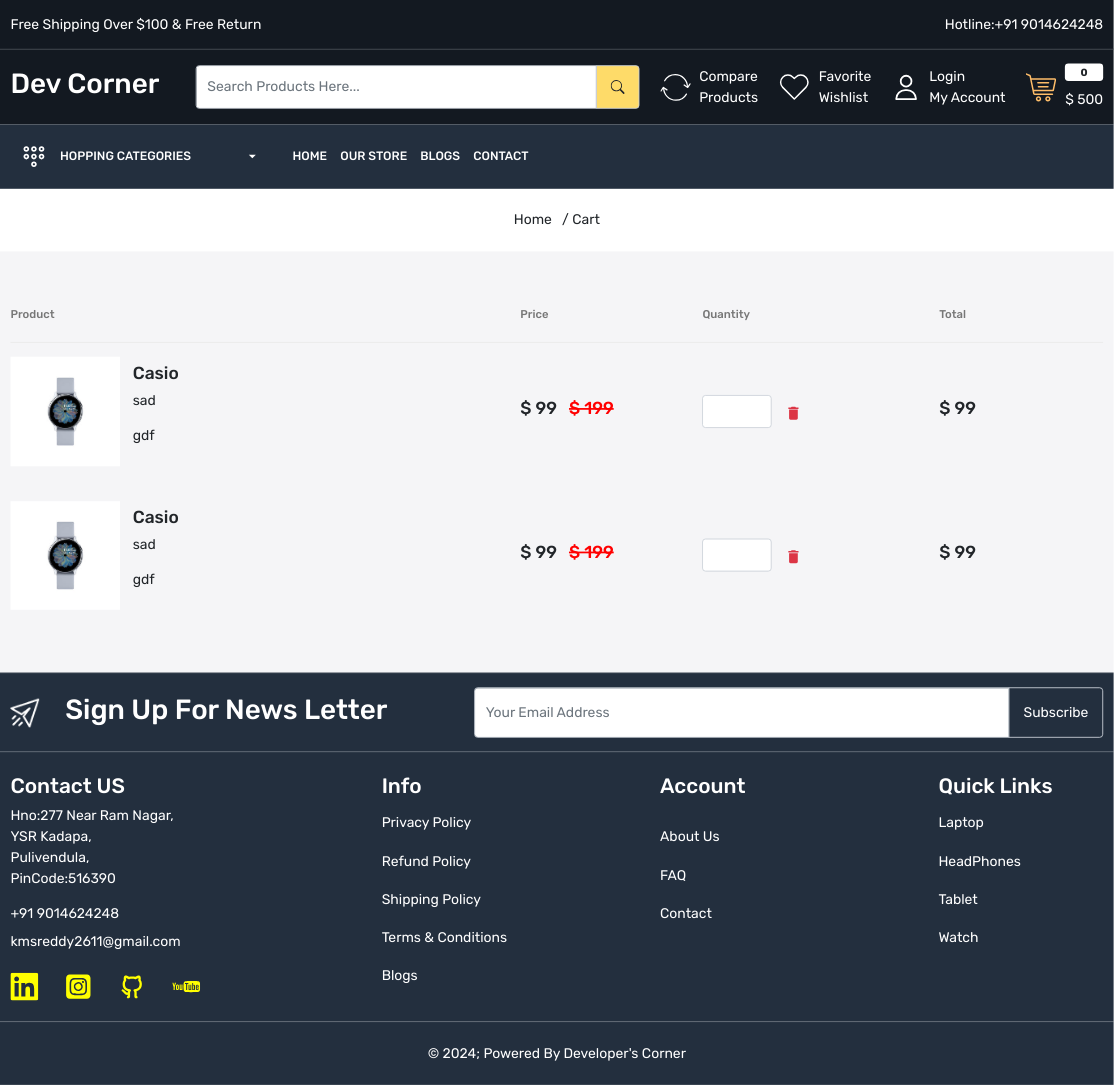
Repository: maniheist/ecommerce-app
Page: /cart
An editor plug-in stored every save of this project. The page is shown before and after the next save, followed by the edit.
The browser window is 1280 px wide. The pictures show the whole page, at 87% of full size.
The project was rebuilt for these pictures with package versions that can differ from the ones it lists, and the page was loaded fresh each time. Also part of the build but not shown: src/components/BlogCard.js, src/components/ProductCard.js, src/components/SpecialProduct.js, src/pages/Home.js, src/pages/About.js, src/pages/Contact.js, src/components/Color.js, src/pages/OurStore.js and 13 more.

Above is the page before, as saved 2024-02-21 17:38:03.

### public/index.html
<!DOCTYPE html>
<html lang="en">
  <head>
    <meta charset="utf-8" />
    <link rel="icon" href="%PUBLIC_URL%/favicon.ico" />
    <meta name="viewport" content="width=device-width, initial-scale=1" />
    <meta name="theme-color" content="#000000" />
    <meta
      name="description"
      content="Web site created using create-react-app"
    />
    <link rel="apple-touch-icon" href="%PUBLIC_URL%/logo192.png" />

    <link rel="preconnect" href="https://fonts.googleapis.com" />
    <link rel="preconnect" href="https://fonts.gstatic.com" crossorigin />
    <link
      href="https://fonts.googleapis.com/css2?family=Rubik:ital,wght@0,300..900;1,300..900&display=swap"
      rel="stylesheet"
    />
    <link
      href="https://cdn.jsdelivr.net/npm/bootstrap@5.0.2/dist/css/bootstrap.min.css"
      rel="stylesheet"
      integrity="sha384-EVSTQN3/azprG1Anm3QDgpJLIm9Nao0Yz1ztcQTwFspd3yD65VohhpuuCOmLASjC"
      crossorigin="anonymous"
    />
    <link rel="manifest" href="%PUBLIC_URL%/manifest.json" />

    <title>React Redux App</title>
  </head>
  <body>
    <noscript>You need to enable JavaScript to run this app.</noscript>
    <div id="root"></div>
    <script
      src="https://cdn.jsdelivr.net/npm/bootstrap@5.0.2/dist/js/bootstrap.bundle.min.js"
      integrity="sha384-MrcW6ZMFYlzcLA8Nl+NtUVF0sA7MsXsP1UyJoMp4YLEuNSfAP+JcXn/tWtIaxVXM"
      crossorigin="anonymous"
    ></script>
  </body>
</html>

### src/index.js
import React from 'react';
import { createRoot } from 'react-dom/client';

import App from './App';

const container = document.getElementById('root');
const root = createRoot(container);

root.render(

      <App />

);

### src/App.js
import React from 'react';
import './App.css';
import {BrowserRouter,Routes,Route} from "react-router-dom";
import Layout from "./components/Layout";
import Home from "./pages/Home"
import About from "./pages/About"
import Contact from "./pages/Contact"
import OurStore from './pages/OurStore';
import Blog from "./pages/Blog";
import CompareProduct from './pages/CompareProduct';
import Wishlist from './pages/Wishlist';
import Login from './pages/Login';
import Forgotpassword from './pages/Forgotpassword';
import Signup from './pages/Signup';
import Resetpassword from './pages/Resetpassword';
import SingleBlog from './pages/SingleBlog';
import PrivacyPolicy from './pages/PrivacyPolicy';
import RefundPolicy from './pages/RefundPolicy';
import ShippingPolicy from './pages/ShippingPolicy';
import TermAndConditions from './pages/TermAndConditions';
import SingleProduct from './pages/SingleProduct';
import Cart from './pages/Cart';
function App() {
  return (
    <>
      <BrowserRouter>
        <Routes>
        <Route path="/" element={<Layout />}>
<Route index element={<Home />} />
<Route path="about" element={<About />}/>
<Route path="contact" element={<Contact />}/>
<Route path="product" element={<OurStore />}/>
<Route path="product/:id" element={<SingleProduct />}/>
<Route path="blogs" element={<Blog />}/>
<Route path="blog/:id" element={<SingleBlog />}/>
<Route path="cart" element={<Cart />}/>
<Route path="compare-product" element={<CompareProduct />}/>
<Route path="wishlist" element={<Wishlist />}/>
<Route path="login" element={<Login />}/>
<Route path="forgot-password" element={<Forgotpassword />}/>
<Route path="signup" element={<Signup />}/>
<Route path="reset-password" element={<Resetpassword />}/>
<Route path="privacy-policy" element={<PrivacyPolicy />}/>
<Route path="refund-policy" element={<RefundPolicy />}/>

<Route path="shipping-policy" element={<ShippingPolicy />}/>
<Route path="term-conditions" element={<TermAndConditions />}/>


        </Route>

        </Routes>
      </BrowserRouter>
    </>

  );
}

export default App;

### src/App.css
*{
  margin:0;
  padding:0;
  box-sizing:border-box;
}
:root{
  --color-131921:#131921;
  --color-3b4149:#3b4149;
--color-febd69:#fedb69;
--color-232f3e:#232f3e;
--color-bf4800:#bf4800;
--color-f5f5f7:#f5f5f7;
--color-ededed:#ededed;
--color-777777:#777777;
--color-1c1b1b:#1c1b1b;
--color-f2f2f2:#f2f2f2;
}

.section-heading{
  font-size: 26px;
  line-height: 32px;
  font-weight: 500;
  margin-bottom: 30px;

}
.card-wrapper{
  background-color: white;
  box-shadow: 0 0 10px #0000001a;
  padding: 15px;
}

.button{
  background-color:var(--color-232f3e) ;
  color: white;
  padding: 13px 33px;
  font-size: 14px;
  border-radius: 15px;
}
.button:hover{
  background-color: var(--color-febd69);
  color:#131921
}
body {
  font-family:"Rubik", sans-serif;
}
a {
  text-decoration:none;
  display:inline-block;
}

.form-control:focus{
  box-shadow:none;
  border-color: inherit;
}

/*header part*/
.header-top-strip{
  border-bottom: 1px solid var(--color-3b4149);
  background-color:var(--color-131921) ;
}

.header-upper{
  background-color: var(--color-131921);
}

.header-bottom{
  background-color: var(--color-232f3e);
}

.header-upper .input-group-text{
  background-color: var(--color-febd69);
}

.header-upper.header-upper-links img{
  width:35px;
  height: 35px;
}

.gap-10{
  gap: 10px;
}


.gap-15{
  gap: 15px;
}

.gap-30{
  gap: 30px;
}
.header-bottom .menu-links a,
.header-bottom .dropdown button
{
  color: white;
  font-size: 14px;
  line-height: 18px;
  font-weight: 480;
  letter-spacing:0.3;
  text-transform: uppercase;
}

.header-bottom .dropdown button:focus{
  box-shadow: none;
}

.header-bottom .dropdown-menu{
  background-color: var(--color-131921);
  width:100%;
  transform: translate3d(0px,57px,0px) !important;
}

.header-bottom .dropdown-item{
  padding:20px;
  margin-bottom: 3px;
  border-bottom: 1px solid var(--color-3b4149)
  ;

}
.header-bottom .dropdown-item:hover{
  background-color: transparent;
  color: var(--color-febd69) !important;
}
/*header part end */


/*footer part  */

footer{
  background-color: var(--color-232f3e);
}



footer:not(:first-child){
  border-top:1px solid rgba(255,255,255,0.1);

}

footer .input-group-text{
  background-color: var(--color-232f3e);
  color:white;
  padding:8px 17px;
}
/* footer part end */

/*Home page*/

.main-banner-content{
  top:15%;
  left:5%;
}

.main-banner-content h4{

  font-size: 19px;
  font-weight: 400;
  line-height: 24px;
  color:var(--color-bf4800);
  margin: 0 0 12px;
  letter-spacing: 0.3px;
  text-transform: uppercase;

}

.main-banner-content h5{
  font-size: 52px;
  font-weight: 500;
  line-height: 64px;
  letter-spacing: -2px;
  text-transform: none;

}

.main-banner-content p{
  font-size: 18px;
  line-height: 28px;
  letter-spacing: 0.4px;
  font-weight: 100;
  color: var(--color-131921);
}


.small-banner-content{
  top:25%;
  left:10%;
}

.small-banner-content h4{

  font-size: 21px;
  font-weight: 400;
  line-height: 24px;
  color:var(--color-bf4800);
  margin: 0 0 12px;
  letter-spacing: 0.3px;
  text-transform: uppercase;
}
.small-banner-content h5{
  font-size: 33px;
  font-weight: 500;
  line-height: 34px;
  letter-spacing: -2px;
  text-transform: none;

}

.small-banner-content p{
  font-size: 18px;
  line-height: 28px;
  letter-spacing: 0.4px;
  font-weight: 100;
  color: var(--color-131921);
}

.small-banner{
  width: 49%;

}


/* Home wrapper 2 */

.home-wrapper-2{
  background-color: var(--color-f5f5f7);

}

/* Home wrapper 2 ends */

/* categories section */

.categories{
  background-color: white;
  box-shadow: 0 0 10px #0000001a;
  padding: 15px;
}

.categories > div{
  width:25%;
  padding: 10px 10px 10px 20px;
}

.categories > div:nth-child(1),
.categories > div:nth-child(2),
.categories > div:nth-child(3),
.categories > div:nth-child(4){
  border-bottom: 1px solid var(--color-ededed) ;
}

.categories>div>div{
  width:60%
}

.categories > div:nth-child(1),
.categories > div:nth-child(2),
.categories > div:nth-child(3){
  border-right: 1px solid var(--color-ededed) ;
}

.categories > div:nth-child(5),
.categories > div:nth-child(6),
.categories > div:nth-child(7){
  border-right: 1px solid var(--color-ededed) ;
}
/* categories end */

/* Home Page End */


/* Blogcard */

.blog-card{
  background-color: white;
  padding:20px;
  border-radius:10px;
}

.blog-card img{
  border-top-left-radius:10px;
  border-top-right-radius:10px;
}

.blog-content{
  padding: 15px;

}

.blog-contentp.date{
  font-size: 13px;
  line-height: 24px;
  text-transform: uppercase;
  letter-spacing: 0;
  font-weight: 400;
  color: var(--color-777777);
  padding: 0;

}

.blog-content h5{
  font-size: 18px;
  color: var(--color-131921);
}


.blog-content p.desc{
  font-size: 13px;
  line-height: 22px;
  color: var(--color-777777);
}

.single-blog-card a{
  font-size: 18px;
  color: var(--color-777777);;
  margin-bottom: 20px;
}
.single-blog-card h3{
  font-size: 24px;
  font-weight: 600;
  color: var(--color-1c1b1b);

}

.single-blog-card p{
  color: var(--color-777777);
  font-size: 14px;
}




/*Blogcard ends*/


/* product card */

.product-card{
  padding: 15px;
  background-color: white;
  border-radius: 13px;
overflow:hidden;
width: 100%;
}

.product-card .product-image{
  height: 270px;
}

.product-card .product-image img{
  object-fit: contain;
}
.product-card .product-image> img:last-child{
  display: none;
}
.product-card:hover .product-image > img:nth-child(1){
display: none;

}
.product-card:hover .product-image>img:last-child{
  display: block;


}



.product-card:hover .action-bar{
  right: 15px;

}
.product-card .product-details h6 {
  color:var(--color-bf4800);
  font-size: 13px;



}


.product-card .product-details h5{
  font-size: 15px;
  color: var(--color-1c1b1b);
}

.product-card.product-details p.price{
  font-size: 16px;
  color: var(--color-1c1b1b);
}

.product-card p.description{
  font-size: 13px;
  color: var(--color-777777);
  margin-right: 20px;
}

.action-bar{
  top: 10%;
  right:-23px;
  transition: 0.3s;
}


.wishlist-icon{
  top: 2%;
  right:15px;

}
/* product card ends */

/* special product */

.special-product-card{
  padding:20px 10px;
  border-radius: 10px;
  background-color: white;
}

.special-product-card .badge{
  background-color:#eb353b !important;
}


/* special product ends */

/* famous start */

.famous-card .famous-content{
  top: 10%;
  left: 5%;

}

.famous-card img{
  border-radius: 10px;
}

.famous-content h5{
  font-size: 13px;
  line-height: 20px;
  font-weight: 400px;
  color: white;
  margin-bottom: 7px;
  text-transform: uppercase;

}
.famous-content h6{
  font-size: 24px;
  line-height: 38px;
  font-weight: 500;
  color: white;
}
.famous-content p{
  font-size: 16px;
  line-height: 24px;
  color: white;
  font-weight: 100;
}

/* famous ends */

/* Our Store Start */

.filter-card{
  background-color: white;
  border-radius: 10px;
  padding: 15px 15px 25px;
}

.filter-title{
  font-size: 16px;
  line-height: 20px;
  font-weight: 600;
  color: var(--color-1c1b1b);
  margin-bottom: 20px;
}

.filter-card ul,
.filter-card .form-check-label {
  list-style-type:none;
  font-size: 13px;
  line-height: 30px;
  color: var(--color-777777);
  cursor: pointer;
}

.filter-card .form-check-input:focus{
  box-shadow: none;
  border-color: rgba(0,0,0,0.25);
}
.filter-card .form-check-input:checked{
background-color: var(--color-febd69);
  border-color: var(--color-febd69);

}
.sub-title{
  font-size: 40px;
  font-weight: 600;
  color: var(--color-1c1b1b);
  margin-bottom: 15px;
  margin-top: 20px;
}

.colors{
  list-style-type: none;
  display: flex;
  flex-wrap: wrap;
  gap: 10px;
}
.colors .one{
  width: 20px;
  height: 20px;
  background-color: red;
  border-radius: 50%;
}
.colors .two{
  width: 20px;
  height: 20px;
  background-color: blue;
  border-radius: 50%;
}
.colors  .three{
  width: 20px;
  height: 20px;
  background-color: yellow;
  border-radius: 50%;
}
.colors  .four{
  width: 20px;
  height: 20px;
  background-color: pink;
  border-radius: 50%;
}
.colors  .five{
  width: 20px;
  height: 20px;
  background-color: black;
  border-radius: 50%;
}
.colors  .six{
  width: 20px;
  height: 20px;
  background-color: brown;
  border-radius: 50%;
}

.colors  .seven{
  width: 20px;
  height: 20px;
  background-color:chocolate;
  border-radius: 50%;
}

.random-products h5{
font-size: 14px;
margin-bottom: 8px;
}

.random-products:first-child{
  border-bottom: 1px solid var(--color-ededed);
}

.filter-sort-grid{
  padding: 10px;
  background-color: white;
  border-radius: 10px;
}

.grid img{
  width: 35px;
  height: 35px;
  background-color: var(--color-f2f2f2);
  padding: 8px;
  border-radius: 3px;
  cursor: pointer;
}
.grid img:hover{
  background-color:burlywood;
}

.g-12{
  width: 100%;

}
.gr-6{
  width: 49%;
}
.gr-4{
  width: 32%;
}
.gr-3{
  width: 24%;

}

.gr-12 .product-card{
  display: flex;
  gap:20px;
}
.gr-6 .product-image{
  width: 100%;
}
.gr-6 .product-image img{
  margin: auto;
  display: block;
}
.gr-12 .product-card .product-image{
  width: 270px;
}

.gr-12 .product-card .product-image{
  height: auto;
}
.gr-12 .action-bar{top: 17%;}


/* Our store ends */


/* contact us starts*/

.contact-inner-wrapper{
  padding:30px 20px;
  border-radius: 15px;
  background-color: white;
  gap:15px;
}
.contact-inner-wrapper>div{
  width: 48%;
}

.contact-title{
  font-size: 26px;
  font-weight: 500;
  line-height: 35px;
  text-align: left;

}

.contact-inner-wrapper form .form-control{
  background-color: var(--color-f5f5f7);
  border-radius: 10px;
  border-color: transparent;
  padding: 10px;
}

.contact-inner-wrapper ul{
  list-style: none;
}

.contact-inner-wrapper address,.contact-inner-wrapper a,.contact-inner-wrapper p{
  color: var(--color-777777);
}

/* contact us ends */

/* compare products */

.compare-product-card {
  padding: 20px 15px;
  background-color: white;
  border-radius: 10px;

}

.compare-product-card .cross ,.wishlist-card .cross{
  top: 15px;
  right: 15px;
  width: 25px;
  padding: 3px;
cursor: pointer;
}

.compare-product-details h5.title, .wishlist-card h5.title{
  font-size: 15px;
  line-height: 22px;
  font-weight: 500;
  color: var(--color-1c1b1b);
}

.compare-product-details h6.price, .wishlist-card h6.price{
font-size: 15px;
line-height: 22px;
font-weight: 400;
}

.compare-product-card .product-detail{
  display: flex;
  justify-content: space-between;
  align-items: center;
  padding: 10px 0px;
  border-top: 1px solid rgba(0,0,0,0.1);
}




/* compare products ends */


/* login starts */

.auth-card{
  padding: 20px;
  background-color: white;
  width: 500px;
  margin: 30px auto;
  border-radius: 10px;
}

.auth-card p{
  font-size: 13px;
  color: var(--color-777777);
}
.auth-card h3{
  font-size: 19px;
  font-weight: 500;

color: var(--color-777777);
}

.auth-card .form-control{
  height: 50px;
  background-color: var(--color-f5f5f7);
  color: var(--color-777777);
  border-radius: 10px;
  border-color: transparent;
  font-size: 14px;
}

.auth-card a{
  font-size: 14px;
  font-weight: 400;
  color: var(--color-1c1b1b);
}

.signup{
  background-color: var(--color-febd69);
  color: var(--color-131921);
  border: none;
}

.signup:hover {
  background-color: var(--color-131921);
  color:white;
}

/*login ends */


/* Policy starts */

.policy{
  background-color: white;
  padding: 30px;
}





/* policy Ends */


/* main product page starts*/

.description-wrapper h4, .reviews-wrapper h3{
font-size: 26px;
color: var(--color-1c1b1b);
margin-bottom: 10px;
}

.description-wrapper p{
  font-size: 14px;
  counter-reset: var(--color-777777);;
}
.review-inner-wrapper{
  background-color: white;
  padding: 30px;}
.review-head{
border-bottom: 1px solid rgba(0,0,0,0.1);
padding-bottom: 20px;
}

.review-head p, .review-head a{
  font-size: 14px;
  color: var(--color-777777);
}

.review-head h4{
  font-size: 18px;
  color: var(--color-1c1b1b);

}

.review-form h4{
  font-size: 16px;
  color: var(--color-777777);
}

.review-form{
    border-bottom: 1px solid rgba(0,0,0,0.1);

}
.review:not(:last-child){
  border-bottom: 1px solid rgba(0,0,0,0.1);
}
.review p{
  font-size: 14px;
  color: var(--color-777777);
}

.main-product-image{
  padding:20px;
  background-color: white;
  border-radius: 10px;
}

.main-product-image>div{
  border: 1px solid rgba(0,0,0,0.25);
}

.main-product-image img {
  width: 61% !important;
  height: 500px !important;
  object-fit: cover;
}

.other-product-images{
  background-color: white;
  padding: 20px;

}
.other-product-images>div{
  padding: 20px;
  width: 48%;
border: 1px solid rgba(0,0,0,0.25);
}

.main-product-image .js-image-zoom__zoomed-image{
  left: 40px !important;
  padding: 10px;
  background-color: white;
  border-radius: 10px;
  z-index:1000;
}

.main-product-details{
  padding: 30px 20px;
  border-radius: 10px;
  background-color: white;
}

.border-bottom{
  border-bottom: 1px solid rgba(0,0,0,0.25);
}

.main-product-details h3.title{
  font-size: 18px;
  font-weight: 600;
  color: var(--color-1c1b1b);
  margin-bottom: 10px;
}

.main-product-details p.price{
  font-size: 16px;
  line-height: 20px;
  font-size: 600;
  margin-bottom: 10px;
}

.main-product-details a.review-btn,.t-review{
  color: var(--color-777777);
  font-size: 13px;
}

.product-heading{
font-size: 14px;
color:var(--color-1c1b1b);
margin-bottom: 0px;
}
.product-data{
  font-size: 13px;
  columns: var(--color-777777);
  margin-bottom: 0px;
}
.main-product-details a{
  font-size: 14px;
  color: var(--color-777777);
}

/* main product page ends */


/* cart page starts */
.cart-header{
  border-bottom: 1px solid #eaeaea;
}
.cart-header h4 {
font-size: 13px;
color: var(--color-777777);

}

.cart-col-1{
  width: 40%;
}

.cart-col-2{
  width:10%;
}

.cart-col-3{
  width: 15%;
}

.cart-col-4{
  width: 15%;
}



/* cart page ends */

### src/components/Layout.js
import React from 'react'
import {Outlet} from "react-router-dom";
import Header from "./Header";
import Footer from "./Footer";
const Layout = () => {
  return (
    <>
            <Header />
            <Outlet />
            <Footer />

    </>
  )
}

export default Layout

### src/pages/Cart.js
import React from 'react'
import BreadCrumb from '../components/BreadCrumb';
import {Link} from 'react-router-dom';
import Meta from '../components/Meta';
import watch from '../images/watch.jpg';
import { MdDelete } from "react-icons/md";
const Cart = () => {
  return <>

      <Meta title={"Cart"}></Meta>
    <BreadCrumb title='Cart'/>
    <section className='cart-wrapper home-wrapper-2 py-5'>
        <div className='container-xxl'>
            <div className='row'>
                <div className='col-12'>
                    <div className='cart-header py-3 d-flex justify-content-between align-items-center'>
                    <h4 className='cart-col-1'>Product</h4>
                    <h4 className='cart-col-2'>Price</h4>
                    <h4 className='cart-col-3'>Quantity</h4>
                    <h4 className='cart-col-4'>Total</h4>

                    </div>
                    <div className='cart-data py-3 mb-2 d-flex justify-content-between align-items-center'>
                    <div className='cart-col-1 gap-15 d-flex align-items-center'>
                        <div className='w-25'><img src={watch} className='img-fluid' alt='watch'/></div>
                        <div className='w-25'><h5 className='title'>Casio</h5>
                        <p className='color'>sad</p>
                        <p className='size'>gdf</p>
                        </div>
                    </div>
                    <div className='cart-col-2'>
                        <h5 className='price'><span>$ 99</span> &nbsp; <strike style={{'color':'red'}}>$ 199</strike></h5>
                    </div>
                    <div className='cart-col-3 d-flex align-items-center gap-15'>
                        <div><input type='number' min={1} max={10} className='form-control'></input></div>

                        <div className='fs-5'>
                            <MdDelete className="text-danger " style={{"cursor":"pointer"}} />
                        </div>
                    </div>
                    <div className='cart-col-4'>
                    <h5 className='price'><span>$ 99</span> </h5>

                    </div>

                    </div>
                       <div className='cart-data py-3 mb-2 d-flex justify-content-between align-items-center'>
                    <div className='cart-col-1 gap-15 d-flex align-items-center'>
                        <div className='w-25'><img src={watch} className='img-fluid' alt='watch'/></div>
                        <div className='w-25'><h5 className='title'>Casio</h5>
                        <p className='color'>sad</p>
                        <p className='size'>gdf</p>
                        </div>
                    </div>
                    <div className='cart-col-2'>
                        <h5 className='price'><span>$ 99</span> &nbsp; <strike style={{'color':'red'}}>$ 199</strike></h5>
                    </div>
                    <div className='cart-col-3 d-flex align-items-center gap-15'>
                        <div><input type='number' min={1} max={10} className='form-control'></input></div>

                        <div className='fs-5'>
                            <MdDelete className="text-danger " style={{"cursor":"pointer"}} />
                        </div>
                    </div>
                    <div className='cart-col-4'>
                    <h5 className='price'><span>$ 99</span> </h5>

                    </div>

                    </div>
                </div>
            </div>
        </div>
    </section>
  </>
}

export default Cart

### src/components/BreadCrumb.js
import React from 'react'
import {Link} from 'react-router-dom';
const BreadCrumb = (props) => {
    const {title}=props;
  return (
    <div className='breadcrumb mb-0 py-4'>
      <div className='container-xxl'>
        <div className='row'>
            <div className='col-12'>
                <p className='text-center mb-0'><Link to='/' className='text-dark'>Home &nbsp; </Link> / {title}</p>
            </div>
        </div>
      </div>
    </div>
  )
}

export default BreadCrumb

### src/components/Meta.js

import React from 'react'
import {Helmet} from "react-helmet";

const Meta = (props) => {
  return (
    <Helmet>
                <meta charSet="utf-8" />
                <title>{props.title}</title>
            </Helmet>
  )
}

export default Meta

Loaded but not shown: src/components/Footer.js (105 lines, source omitted); src/components/Header.js (106 lines, source omitted)

After the next save:
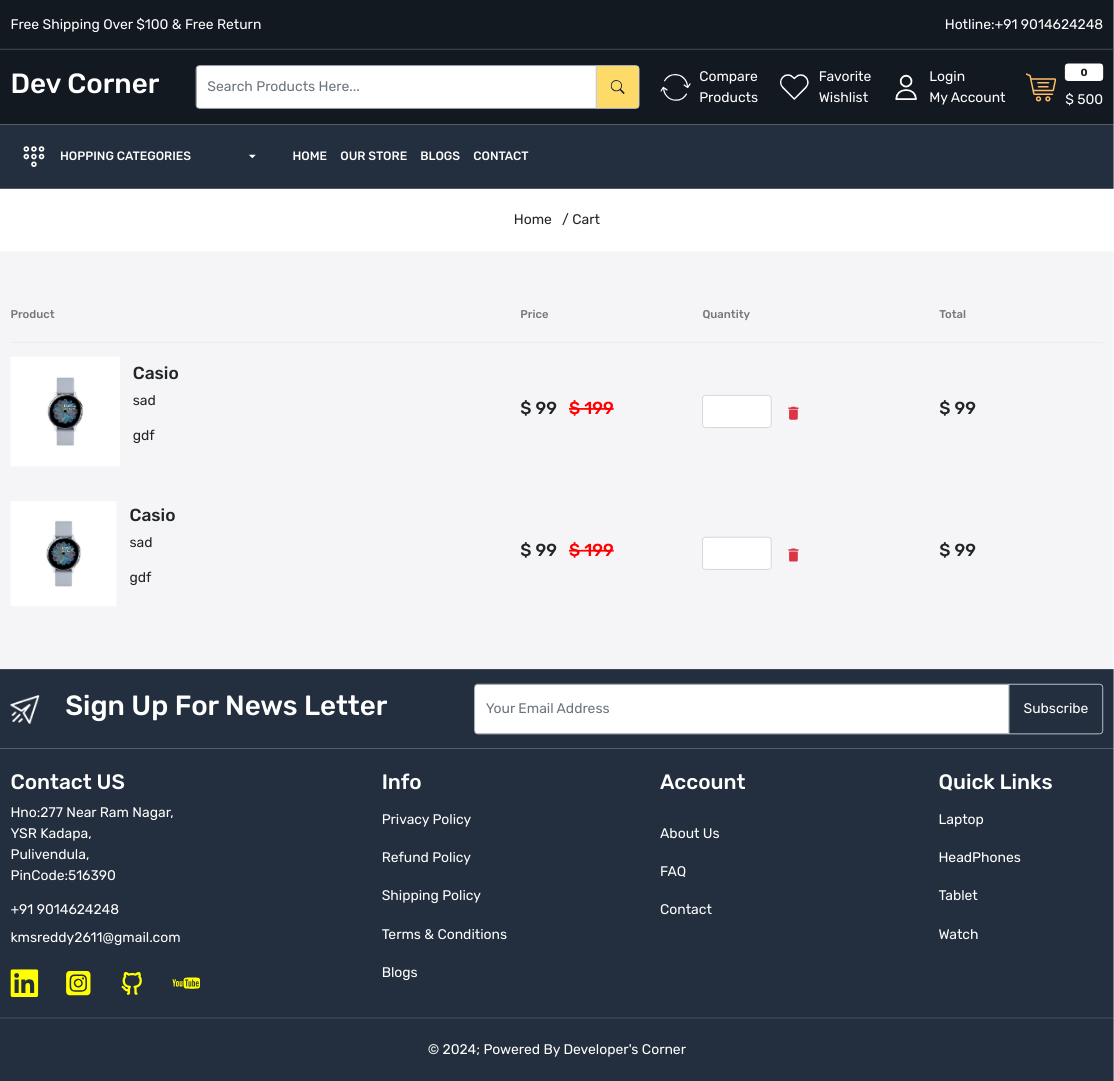
Saved 89 s later.
--- a/src/pages/Cart.js
+++ b/src/pages/Cart.js
@@ -47,7 +47,7 @@ const Cart = () => {
                        <div className='cart-data py-3 mb-2 d-flex justify-content-between align-items-center'>
                     <div className='cart-col-1 gap-15 d-flex align-items-center'>
                         <div className='w-25'><img src={watch} className='img-fluid' alt='watch'/></div>
-                        <div className='w-25'><h5 className='title'>Casio</h5>
+                        <div className='w-75'><h5 className='title'>Casio</h5>
                         <p className='color'>sad</p>
                         <p className='size'>gdf</p>
                         </div>
